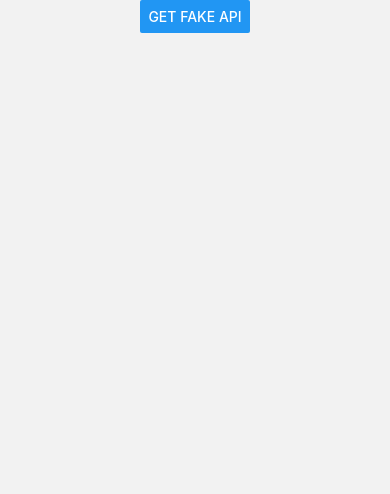
Repository: BCIT-Rooty/rooty-expo
Screen: /BroadcastMedia
These files come from the project's save history. The screen is drawn as it stood at one moment and after the next save; the edit follows.
The pictures show rows 350 to 844 of an output 844 px tall.
The app was drawn by React Native's web renderer in a window 390 px wide. The project was rebuilt for these pictures with package versions that can differ from the ones it lists, and the page was loaded fresh each time. Also part of the build but not shown: components/text.js, components/postCard.js, screens/Computing.js, screens/Marketing.js, screens/BusinessFinance.js, screens/DigitalArtsDesign.js, screens/Tutoring.js.

Above is the screen before, as saved 2022-12-11 18:18:11.

### App.js
import { NavigationContainer } from '@react-navigation/native';
import { createNativeStackNavigator } from '@react-navigation/native-stack';
import Home from './screens/Home';
import BroadcastMedia from './screens/BroadcastMedia'
import Computing from './screens/Computing'
import Marketing from './screens/Marketing'
import BusinessFinance from './screens/BusinessFinance'
import DigitalArtsDesign from './screens/DigitalArtsDesign'
import Tutoring from './screens/Tutoring'

const Stack = createNativeStackNavigator();

export default function App() {
  return (
    <NavigationContainer>
      <Stack.Navigator>
        <Stack.Screen options={{headerShown: false}} name="Home" component={Home} />
        <Stack.Screen options={{headerShown: false}} name="BroadcastMedia" component={BroadcastMedia} />
        <Stack.Screen options={{headerShown: false}} name="Computing" component={Computing} />
        <Stack.Screen options={{headerShown: false}} name="Marketing" component={Marketing} />
        <Stack.Screen options={{headerShown: false}} name="BusinessFinance" component={BusinessFinance} />
        <Stack.Screen options={{headerShown: false}} name="DigitalArtsDesign" component={DigitalArtsDesign} />
        <Stack.Screen options={{headerShown: false}} name="Tutoring" component={Tutoring} />
      </Stack.Navigator>
    </NavigationContainer>
  );
}

### screens/Home.js
import { StatusBar } from 'expo-status-bar';
import { StyleSheet, Text, View } from 'react-native';
import styled from 'styled-components/native';
import { useState } from 'react';
import { FlexBox } from '../components/flexbox';
import TextBox from '../components/text';
import CategoryCard from '../components/categoryCard';
import { useNavigation } from '@react-navigation/native'

export default function Home() {
  const [listOfCategories, setListOfCategories] = useState([
    { id: "BroadcastMedia", name: "Broadcast & Media", image:"https://starbooks.ca/wk06website/wp-content/uploads/2022/12/broadcast-500x500.png" },
    { id: "Computing", name: "Computing", image:"https://starbooks.ca/wk06website/wp-content/uploads/2022/12/programming-Small.jpeg" },
    { id: "Marketing", name: "Marketing", image:"https://starbooks.ca/wk06website/wp-content/uploads/2022/12/marketing-500x500.png" },
    { id: "BusinessFinance", name: "Business & Finance", image:"https://starbooks.ca/wk06website/wp-content/uploads/2022/12/business-Small.jpeg" },
    { id: "DigitalArtsDesign", name: "Digital Arts & Design", image:"https://starbooks.ca/wk06website/wp-content/uploads/2022/12/digitalarts-Small.jpeg" },
    { id: "Tutoring", name: "Tutoring", image:"https://starbooks.ca/wk06website/wp-content/uploads/2022/12/tutoring-Small.jpeg" },
  ]);
    const  navigation = useNavigation()

    const SendRoute = (catId) => {
      navigation.navigate(catId)
      console.log("Hello")
    }


  return (
     <View style={{borderWidth:0, width:"100%", padding:"20px", height:"100%", backgroundColor:"#F8F6F2"}}>
          <View style={{width:"100%", justifyContent:"start", alignItems:"flex-start", paddingTop:50, paddingRight:0, paddingLeft:20, minHeight:90, borderBottomWidth: 1, borderBottomColor: 'grey', marginBottom:20}}>
            <Text style={{fontSize:20, fontWeight:"700"}}>Search</Text>
          </View>
          <View style={{flexWrap:"wrap", flexDirection:"row", borderWidth:"0px", display:"flex", justifyContent:"center"}} >
          {listOfCategories.map((category) => (
              <CategoryCard key={category.id} onPress={()=>{SendRoute(category.id)}} name={category.name} image={category.image}></CategoryCard>

            ))
          }
          </View>
      </View>
  );
}

### screens/BroadcastMedia.js
import { StatusBar } from 'expo-status-bar';
import { StyleSheet, Text, View, Button, KeyboardAvoidingView, ScrollView, Image } from 'react-native';
import styled from 'styled-components/native';
import { useState } from 'react';
import { FlexBox } from '../components/flexbox';
import TextBox from '../components/text';
import CategoryCard from '../components/categoryCard';
import { useNavigation } from '@react-navigation/native'
import PostCard from '../components/postCard';
import BackButton from '../components/backButton';
import axios from 'axios';

export default function BroadcastMedia() {
    const  navigation = useNavigation()
    const hey = () => {
      navigation.navigate('Home')
    }
    const [go, setGo] = useState("ok")
    const [number, setNumber] = useState("")
    const [cards, setCards] = useState([]);
    const [toast, showToast] = useState("blue")
    const [toastText, showToastText] = useState("Enter a number")
    const [loading, setLoading] = useState(false)

    const GetAPICards = async () => {
      // await means please wait for the line to finish before moving onto the next line

      //.then .catch
      setGo("ok")
      setLoading(true)
      // await axios.get("https://fakerapi.it/api/v1/images?_quantity=10")
      await axios.get("https://fakerapi.it/api/v1/products?_price_max=120&_quantity=6&_price_min=40&_type=architecture")
              .then((result)=>{
                  setGo(true)
                  setCards([
                    ...result.data.data
                  ])
                  showToast("green")
                  showToastText("Successfully retrieved data!")
                  console.log(result.data.data)
              })
              .catch((error)=>{
                  // setGo(false)
                  // showToastText("Failed getting data")
                  // showToast("red")
                  console.log(error.message)
              })
      // setLoading(false)

    }


  return (
    <KeyboardAvoidingView behaviour="padding" style={{display:"flex", justifyContent:"start", alignItems:"center", height:"100%", paddingTop: 50}}>
      <Image style={{width:"100%", height:300}} source={{uri:"https://starbooks.ca/wk06website/wp-content/uploads/2022/12/broadcast-500x500.png"}}></Image>
      <Image style={{width:"100%", height:300, tintColor:"rgba(79, 77, 176, 0.5)", position:"absolute", top: 50}}></Image>
      <BackButton style={{position:"absolute", top:50}} onPress={hey}></BackButton>
    <Button onPress={() => GetAPICards()} title="Get Fake API"/>
    <ScrollView style={{marginTop:50}}>
        {go === true && cards.map((o,i)=>(
          <View key={i} style={{marginBottom:30}}>
            <PostCard url={o.image} title={o.name} description={o.price} ratings={o.categories[0] + "/10 Stars"}/>
          </View>
        ))}
    </ScrollView>
</KeyboardAvoidingView>
  );
}

### components/flexbox.js
import styled from 'styled-components/native'

export const FlexBox = styled.View`
    display:flex;
    justify-content:${props=>props.justifyContent};
    align-items:${props=>props.alignItems};
    flex-direction:${props=>props.dir};
    flex-wrap: ${props=>props.flexWrap};
    width: ${props=>props.width};
    height: ${props=>props.height};
    background-color: ${props=>props.bgColor};
    padding: ${props=>props.padding || "0px"};
    min-height: ${props=>props.minHeight};
    max-height: ${props=>props.maxHeight};
    background-image: ${props=>props.linearGradient}, url(${props=>props.bgImage});
    background-position: ${props=>props.bgPosition};
    background-size: ${props=>props.bgSize};
    border-radius:${props=>props.borderRadius};
    filter: ${props=>props.filter};
    border: ${props=>props.border};
    position: ${props=>props.position};
    top: ${props=>props.top};
    left:${props=>props.left};
    bottom: ${props=>props.bottom};
    border-bottom-style: ${props=>props.borderBottom};
    border-top: ${props=>props.topBorder};
    border-bottom: ${props=>props.bottomBorder};
    color: ${props=>props.color};
    cursor: ${props=>props.cursor};
    max-width: ${props=>props.maxWidth};
    min-width: ${props=>props.minWidth};
    overflow-y: ${props=>props.overflowY};
    overflow-anchor: ${props=>props.overflowA}
`;

### components/categoryCard.js
import { FlexBox } from "./flexbox"
import { Image, Pressable, Text } from "react-native"


export default function CategoryCard({
    key,
    name,
    image,
    onPress=()=>{}
}) {

    return (
      <Pressable key={key} onPress={onPress} style={{marginHorizontal:10,marginVertical: 15, shadowOffset:{width:0, height:5}, shadowOpacity:0.4, shadowRadius:5}}>
          <FlexBox dir="column" style={{width:155, height:140, borderRadius:5, borderWidth:0, alignItems:"flex-end", justifyContent:"flex-end"}}>
            <Image style={{width:"100%", height:"87%"}} borderTopLeftRadius="5pt" borderTopRightRadius="5pt"source={{uri:image}}></Image>
            <FlexBox border="0" height="49pt" width="100%" borderBottomEndRadius="5pt" borderBottomLeftRadius="5pt" bgColor="white" justifyContent="start" padding="5%">
                <Text size="16px" weight="bold" align="left" borderRadius="15px">{name}</Text>
            </FlexBox>
        </FlexBox>
      </Pressable>
    )
  };

### components/backButton.js
import { FlexBox } from "./flexbox"
import { Image, Pressable, Text, View } from "react-native"


export default function BackButton({
    onPress = () => {},
    style
}) {

    return (
        <Pressable onPress={onPress} style={style}>
            <Image style={{width:50, height:50}} source={{uri:"https://cdn-icons-png.flaticon.com/512/93/93634.png"}}></Image>
        </Pressable>
    )
  };

After the next save:
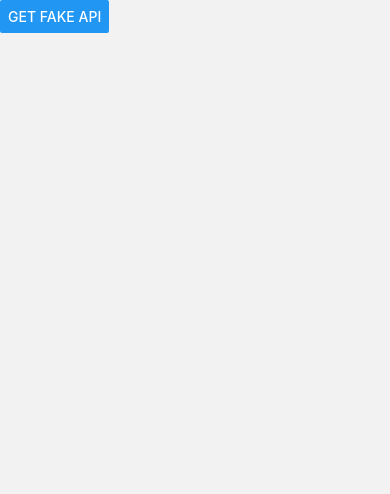
Saved 25 s later.
--- a/screens/BroadcastMedia.js
+++ b/screens/BroadcastMedia.js
@@ -51,7 +51,7 @@ export default function BroadcastMedia() {
 
 
   return (
-    <KeyboardAvoidingView behaviour="padding" style={{display:"flex", justifyContent:"start", alignItems:"center", height:"100%", paddingTop: 50}}>
+    <KeyboardAvoidingView behaviour="padding" style={{display:"flex", justifyContent:"start", alignItems:"start", height:"100%", paddingTop: 50}}>
       <Image style={{width:"100%", height:300}} source={{uri:"https://starbooks.ca/wk06website/wp-content/uploads/2022/12/broadcast-500x500.png"}}></Image>
       <Image style={{width:"100%", height:300, tintColor:"rgba(79, 77, 176, 0.5)", position:"absolute", top: 50}}></Image>
       <BackButton style={{position:"absolute", top:50}} onPress={hey}></BackButton>
